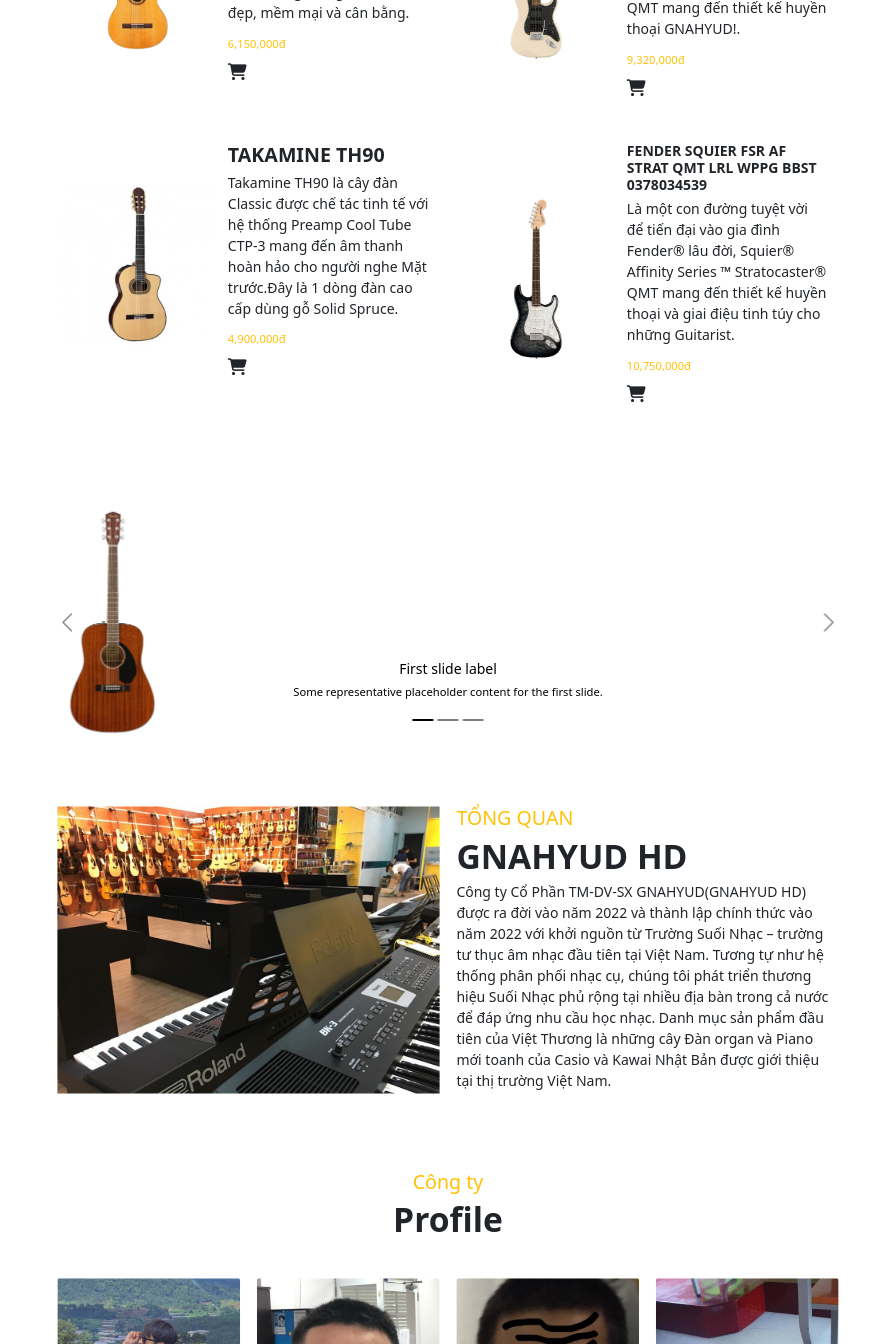
Repository: HoangDuy315/guitar
Page: index.html
These files come from the project's save history. The page is drawn as it stood at one moment and after the next save; the edit follows.
The browser window is 1280 px wide. The pictures show the part of the page from y = 1463 to 3383 px (the page is 4869 px tall), at 70% of full size.
Some web libraries are served in a nearby version.

Above is the page before, as saved 2022-09-16 15:33:43.

### index.html
<!doctype html>
<html lang="en">
  <head>
    <meta charset="utf-8">
    <meta name="viewport" content="width=device-width, initial-scale=1">
    <link href="https://cdn.jsdelivr.net/npm/bootstrap@5.1.3/dist/css/bootstrap.min.css" rel="stylesheet" integrity="sha384-1BmE4kWBq78iYhFldvKuhfTAU6auU8tT94WrHftjDbrCEXSU1oBoqyl2QvZ6jIW3" crossorigin="anonymous">

    <title>Guitar HD</title>
    <script src="https://kit.fontawesome.com/9676e8dc1b.js" crossorigin="anonymous"></script>
    <link rel="stylesheet" href="style.css">
  </head>
  <body>

    <!-- Nav -->
    <nav class="navbar navbar-expand-lg navbar-dark fixed-top py-3" id="navbar">
        <div class="container">
          <a class="navbar-brand fs-3 text-warning" href="#">GUITAR HD</a>
          <button class="navbar-toggler" type="button" data-bs-toggle="collapse" data-bs-target="#navbarSupportedContent" aria-controls="navbarSupportedContent" aria-expanded="false" aria-label="Toggle navigation">
            <span class="navbar-toggler-icon"></span>
          </button>
          <div class="collapse navbar-collapse" id="navbarSupportedContent">
            <ul class="navbar-nav me-auto mb-2 mb-lg-0 fs-5">
              <li class="nav-item">
                <a class="nav-link" href="#">Giới thiệu</a>
              </li>
              <li class="nav-item">
                <a class="nav-link" href="#">Tin tức</a>
              </li>
              <li class="nav-item dropdown">
                <a class="nav-link dropdown-toggle" href="#" id="navbarDropdown" role="button" data-bs-toggle="dropdown" aria-expanded="false">
                  Sản phẩm
                </a>
                <ul class="dropdown-menu" aria-labelledby="navbarDropdown">
                  <li><a class="dropdown-item" href="#">Guitar Clasic</a></li>
                  <li><a class="dropdown-item" href="#">Guitar Accoutic</a></li>
                  <li><a class="dropdown-item" href="#">Electronic Guitar</a></li>
                  <li><hr class="dropdown-divider"></li>
                  <li><a class="dropdown-item" href="#">Phụ kiện Guitar</a></li>
                </ul>
              </li>
              <li class="nav-item">
                <a class="nav-link" href="#">Liên hệ</a>
              </li>
            </ul>
            <a class="navbar-brand fw-bold  fs-3 text-warning" href="#"></a>
            <button class="btn  btn-outline-warning px-9 rounded-pill ms-auto">Login</button>
            <button class="btn  btn-outline-warning px-9 rounded-pill ms-3">Sign up</button>
          </div>
        </div>
      </nav>

    <!-- HomePage -->
    <section id="home" class="d-flex">
        <div class="container d-flex align-items-center">
            <div class="row justify-content-center">
                <div class="col-md-6">
                    <h1 class="display-1 fw-bolder text-white text-center">
                        BRINGING MUSIC TO<span class="text-warning"> EVERYONE</span>
                    </h1>
                </div>
            </div>
        </div>
    </section>

    <!-- Menu -->
    <section id="menu">
        <div class="container my-5 py-5">
            <div class="row mb-5">
                <div class="col-12 text-center">
                    <h3 class="text-warning">SẢN PHẨM</h3>
                    <h2 class="display-5 fw-bold">BEST SELLER</h2>
                </div>
            </div>
            <!-- 1 -->
            <div class="row">
                <div class="col-md-6">
                    <div class="card mb-3 border-0">
                        <div class="row g-0">
                          <div class="col-md-5 d-flex align-items-center">
                            <img src="./assets/ac1.png" class="img-fluid" alt="...">
                          </div>
                          <div class="col-md-7">
                            <div class="card-body">
                              <h5 class="card-title fs-3 fw-bold">FENDER FSR V3 CD60 MAH WN</h5>
                              <p class="card-text lead mb-2">CD-60 là một trong những mô hình phổ biến nhất của Fender và lý tưởng cho những người chơi đang tìm kiếm một cây đàn dáng dreadnought chất lượng cao giá cả phải.</p>
                              <p class="lead fw-bold fs-4 text-warning">
                                <p class="text-warning">4,900,000đ</p>
                                <i class="fa-solid fa-cart-shopping fs-4"></i>
                              </p>
                            </div>
                          </div>
                        </div>
                      </div>
                </div>
                <!-- 2 -->
                <div class="col-md-6">
                    <div class="card mb-3 border-0">
                        <div class="row g-0">
                          <div class="col-md-5 d-flex align-items-center">
                            <img src="./assets/ac4.png" class="img-fluid" alt="...">
                          </div>
                          <div class="col-md-7">
                            <div class="card-body">
                              <h5 class="card-title fs-3 fw-bold">TAKAMINE GD10CE</h5>
                              <p class="card-text lead mb-2">Dáng đàn dreadnought cho âm thanh dày, mạnh mẽ Mặt trước gỗ Spruce kết hợp mặt sau và hông mahogany Cần đàn mỏng gỗ mahogany và bán kính 12” Mặt phím gỗ và ngựa đàn Pin-less gỗ ovangkol.</p>
                              <p class="lead fw-bold fs-4 text-warning">
                                <p class="text-warning">6,690,000đ</p>
                                <i class="fa-solid fa-cart-shopping fs-4"></i>
                              </p>
                            </div>
                          </div>
                        </div>
                      </div>
                </div>
                <!-- 3 -->
                <div class="col-md-6">
                    <div class="card mb-3 border-0">
                        <div class="row g-0">
                          <div class="col-md-5 d-flex align-items-center">
                            <img src="./assets/cl6.png" class="img-fluid" alt="...">
                          </div>
                          <div class="col-md-7">
                            <div class="card-body">
                              <h5 class="card-title fs-3 fw-bold">CORDOBA C3M</h5>
                              <p class="card-text lead mb-2">Cordoba C3M là một trong những cây guitar dây nylon phổ biến của Cordoba. Được thiết kế với trọng lượng nhẹ và thoải mái để chơi.Thiết kế fan bracing mang lại âm sắc đẹp, mềm mại và cân bằng.</p>
                              <p class="lead fw-bold fs-4 text-warning">
                                <p class="text-warning">6,150,000đ</p>
                                <i class="fa-solid fa-cart-shopping fs-4"></i>
                              </p>
                            </div>
                          </div>
                        </div>
                      </div>
                </div>
                <!-- 4 -->
                <div class="col-md-6">
                    <div class="card mb-3 border-0">
                        <div class="row g-0">
                          <div class="col-md-5 d-flex align-items-center">
                            <img src="./assets/e2.png" class="img-fluid" alt="...">
                          </div>
                          <div class="col-md-7">
                            <div class="card-body">
                              <h5 class="card-title fs-4 fw-bold">FENDER SQUIER FSR AFF STRAT HSS LRL MBPG OWT</h5>
                              <p class="card-text lead mb-2">Là một con đường tuyệt vời để tiến đại vào gia đình Fender® lâu đời, Squier® Affinity Series ™ Stratocaster® QMT mang đến thiết kế huyền thoại GNAHYUD!.</p>
                              <p class="lead fw-bold fs-4 text-warning">
                                <p class="text-warning">9,320,000đ</p>
                                <i class="fa-solid fa-cart-shopping fs-4"></i>
                              </p>
                            </div>
                          </div>
                        </div>
                      </div>
                </div>
                <!-- 5 -->
                <div class="col-md-6">
                    <div class="card mb-3 border-0">
                        <div class="row g-0">
                          <div class="col-md-5 d-flex align-items-center">
                            <img src="./assets/cl7.png" class="img-fluid" alt="...">
                          </div>
                          <div class="col-md-7">
                            <div class="card-body">
                              <h5 class="card-title fs-3 fw-bold">TAKAMINE TH90</h5>
                              <p class="card-text lead mb-2">Takamine TH90 là cây đàn Classic được chế tác tinh tế với hệ thống Preamp Cool Tube CTP-3 mang đến âm thanh hoàn hảo cho người nghe Mặt trước.Đây là 1 dòng đàn cao cấp dùng gỗ Solid Spruce.</p>
                              <p class="lead fw-bold fs-4 text-warning">
                                <p class="text-warning">4,900,000đ</p>
                                <i class="fa-solid fa-cart-shopping fs-4"></i>
                              </p>
                            </div>
                          </div>
                        </div>
                      </div>
                </div>
                <!-- 6 -->
                <div class="col-md-6">
                    <div class="card mb-3 border-0">
                        <div class="row g-0">
                          <div class="col-md-5 d-flex align-items-center">
                            <img src="./assets/e1.png" class="img-fluid" alt="...">
                          </div>
                          <div class="col-md-7">
                            <div class="card-body">
                              <h5 class="card-title fs-5 fw-bold">FENDER SQUIER FSR AF STRAT QMT LRL WPPG BBST 0378034539</h5>
                              <p class="card-text lead mb-2">Là một con đường tuyệt vời để tiến đại vào gia đình Fender® lâu đời, Squier® Affinity Series ™ Stratocaster® QMT mang đến thiết kế huyền thoại và giai điệu tinh túy cho những Guitarist.</p>
                              <p class="lead fw-bold fs-4 text-warning">
                                <p class="text-warning">10,750,000đ</p>
                                <i class="fa-solid fa-cart-shopping fs-4"></i>
                              </p>
                            </div>
                          </div>
                        </div>
                      </div>
                </div>
            </div>
        </div>
    </section>

     <!-- Carousel -->
     <div id="carouselExampleDark" class="carousel carousel-dark slide" data-bs-ride="carousel">
      <div class="carousel-indicators">
        <button type="button" data-bs-target="#carouselExampleDark" data-bs-slide-to="0" class="active" aria-current="true" aria-label="Slide 1"></button>
        <button type="button" data-bs-target="#carouselExampleDark" data-bs-slide-to="1" aria-label="Slide 2"></button>
        <button type="button" data-bs-target="#carouselExampleDark" data-bs-slide-to="2" aria-label="Slide 3"></button>
      </div>
      <div class="carousel-inner">
        <div class="carousel-item active" data-bs-interval="10000">
          <img src="./assets/ac1.png" class="d-block w-25 h-25" alt="...">
          <div class="carousel-caption d-none d-md-block">
            <h5>First slide label</h5>
            <p>Some representative placeholder content for the first slide.</p>
          </div>
        </div>
        <div class="carousel-item" data-bs-interval="2000">
          <img src="./assets/cl5.png" class="d-block w-25 h-25" alt="...">
          <div class="carousel-caption d-none d-md-block">
            <h5>Second slide label</h5>
            <p>Some representative placeholder content for the second slide.</p>
          </div>
        </div>
        <div class="carousel-item">
          <img src="./assets/e3.png" class="d-block w-25 h-25" alt="...">
          <div class="carousel-caption d-none d-md-block">
            <h5>FENDER SQUIER FSR AFF STRAT QMT LRL WPPG SBT</h5>
            <p>Some representative placeholder content for the third slide.</p>
          </div>
        </div>
      </div>
      <button class="carousel-control-prev" type="button" data-bs-target="#carouselExampleDark" data-bs-slide="prev">
        <span class="carousel-control-prev-icon" aria-hidden="true"></span>
        <span class="visually-hidden">Previous</span>
      </button>
      <button class="carousel-control-next" type="button" data-bs-target="#carouselExampleDark" data-bs-slide="next">
        <span class="carousel-control-next-icon" aria-hidden="true"></span>
        <span class="visually-hidden">Next</span>
      </button>
    </div>

    <!-- About -->
    <section id="about">
        <div class="container my-5 py-5">
            <div class="row">
                <div class="col-md-6">
                    <img src="./assets/about3.png" alt="Hang Heo" class="w-100 h-80">
                </div>
                <div class="col-md-6">
                    <h3 class="text-warning">TỔNG QUAN</h3>
                    <h2 class="display-5 fw-bold">GNAHYUD HD</h2>
                    <p class="lead">Công ty Cổ Phần TM-DV-SX GNAHYUD(GNAHYUD HD) được ra đời vào năm 2022 và thành lập chính thức vào năm 2022 với khởi nguồn từ Trường Suối Nhạc – trường tư thục âm nhạc đầu tiên tại Việt Nam.
                         Tương tự như hệ thống phân phối nhạc cụ, chúng tôi phát triển thương hiệu Suối Nhạc phủ rộng tại nhiều địa bàn trong cả nước để đáp ứng nhu cầu học nhạc. Danh mục sản phẩm đầu tiên của Việt Thương là những cây Đàn organ và Piano mới toanh của Casio và Kawai Nhật Bản được giới thiệu tại thị trường Việt Nam. </p>
                </div>
            </div>
        </div>
    </section>

    <!-- Designer -->
    <section id="designer">
        <div class="container">
            <div class="row mb-5    ">
                <div class="col-12 text-center">
                    <h3 class="text-warning">Công ty</h3>
                    <h2 class="display-5 fw-bold">Profile</h2>
                </div>
            </div>
            <div class="row">
                <!-- 1 -->
                <div class="col-md-3">
                    <div class="card border-0">
                        <img src="./assets/ceo.png" class="card-img-top" alt="...">
                        <div class="card-body text-center">
                          <h4 class="card-title text-warning">CEO</h5>
                          <h6 class="card-title lead">GnahYud</h5>
                          <p class="card-text">When life changes to be harder, change yourself to be stronger</p>
                        </div>
                      </div>
                </div>

                <!-- 2 -->
                <div class="col-md-3">
                    <div class="card border-0">
                        <img src="./assets/trưởng phòng.png" class="card-img-top" alt="...">
                        <div class="card-body text-center">
                          <h4 class="card-title text-warning">Trưởng phòng</h5>
                          <h6 class="card-title lead">Glong</h5>
                          <p class="card-text">In three words I can sum up I’ve learned in life: it goes on.</p>
                        </div>
                      </div>
                </div>

                <!-- 3 -->
                <div class="col-md-3">
                    <div class="card border-0">
                        <img src="./assets/bảo vệ.png" class="card-img-top h-100" alt="...">
                        <div class="card-body text-center">
                          <h4 class="card-title text-warning">Bảo vệ</h4></h5>
                          <h6 class="card-title lead">Ốc Piêu</h5>
                          <p class="card-text">We could never learn to be brave and patient, if there were only joy in the world.</p>
                        </div>
                      </div>
                </div>

                <!-- 4 -->
                <div class="col-md-3">
                    <div class="card border-0">
                        <img src="./assets/lao công.png" class="card-img-top" alt="...">
                        <div class="card-body text-center">
                          <h4 class="card-title text-warning">Lao công</h5>
                          <h6 class="card-title lead">Như Hiền</h5>
                          <p class="card-text">Sadness flies away on the wings of time.</p>
                        </div>
                      </div>
                </div>
            </div>
        </div>
    </section>

    <!-- Contact -->
    <section id="contact">
        <div class="container my-5 py-5">
            <div class="row mb-5">
                <div class="col-12 text-center">
                    <h3 class="text-warning fs-1">Liên hệ</h3>
                    <h2 class="display-7 fw-bold">Chúng tôi sẽ giúp bạn tìm đúng giải pháp cho đam mê của bạn.</h2>
                </div>
            </div>
            <div class="row justify-content-center">
                <div class="col-md-6">
                    <form action="">
                        <div class="mb-3">
                            <input type="text" class="form-control py-2" id="name" placeholder="Họ Và Tên">
                        </div>
                        <div class="mb-3">
                            <input type="text" class="form-control py-2" id="name" placeholder="Title">
                        </div>
                        <div class="mb-3">
                            <input type="email" class="form-control py-2" id="exampleFormControlInput1" placeholder="Email">
                        </div>
                        <div class="mb-3">
                            <textarea class="form-control" id="exampleFormControlTextarea1" placeholder="Nội dung" rows="3"></textarea>
                        </div>
                        <button class="button-32" role="button">Send</button>
                    </form>
                </div>
            </div>
        </div>
    </section>

    <!-- Footer -->
    <footer class="text-center text-lg-start bg-dark text-muted">
      <!-- Section: Social media -->
      <section class="d-flex justify-content-center justify-content-lg-between p-4 border-bottom">
        <!-- Left -->
        <div class="me-5 d-none d-lg-block">
          <span class="text-white fs-5">Social</span>
        </div>
        <!-- Left -->

        <!-- Right -->
        <div>
          <a href="" class="me-4 link-secondary">
            <i class="fab fa-facebook-f"></i>
          </a>
          <a href="" class="me-4 link-secondary">
            <i class="fab fa-twitter"></i>
          </a>
          <a href="" class="me-4 link-secondary">
            <i class="fab fa-google"></i>
          </a>
          <a href="" class="me-4 link-secondary">
            <i class="fab fa-instagram"></i>
          </a>
          <a href="" class="me-4 link-secondary">
            <i class="fab fa-linkedin"></i>
          </a>
          <a href="" class="me-4 link-secondary">
            <i class="fab fa-github"></i>
          </a>
        </div>
        <!-- Right -->
      </section>
      <!-- Section: Social media -->

      <!-- Section: Links  -->
      <section class="">
        <div class="container text-center text-md-start mt-5">
          <!-- Grid row -->
          <div class="row mt-3">
            <!-- Grid column -->
            <div class="col-md-3 col-lg-4 col-xl-3 mx-auto mb-4">
              <!-- Content -->
              <h6 class="text-uppercase fw-bold mb-4">
                <i class="fas fa-gem me-3 text-secondary"></i>GNAHYUD HD
              </h6>
              <p>
                <a href="#!" class="text-white">Giới thiệu công ty</a>
              </p>
              <p>
                <a href="#!" class="text-white">Hệ thống Showroom, đại lý</a>
              </p>
              <p>
                <a href="#!" class="text-white">Liên hệ/góp ý</a>
              </p>
              <p>
                <a href="#!" class="text-white">Mua trả góp</a>
              </p>
            </div>
            <!-- Grid column -->

            <!-- Grid column -->
            <div class="col-md-2 col-lg-2 col-xl-2 mx-auto mb-4">
              <!-- Links -->
              <h6 class="text-uppercase fw-bold mb-4">
                Hướng dẫn chung
              </h6>
              <p>
                <a href="#!" class="text-white">Giao hàng-đổi trả</a>
              </p>
              <p>
                <a href="#!" class="text-white">Hướng dẫn mua hàng</a>
              </p>
              <p>
                <a href="#!" class="text-white">Thanh toán và bảo mật</a>
              </p>
              <p>
                <a href="#!" class="text-white">Bảo hành Guitar</a>
              </p>
            </div>
            <!-- Grid column -->

            <!-- Grid column -->
            <div class="col-md-3 col-lg-2 col-xl-2 mx-auto mb-4">
              <!-- Links -->
              <h6 class="text-uppercase fw-bold mb-4">
                Hỗ trợ khách hàng
              </h6>
              <p>
                <a href="#!" class="text-white">Gọi mua hàng </a>
              </p>
              <p>
                <a href="#!" class="text-white">Thời gian phục vụ: 8h-22h</a>
              </p>
              <p>
                <a href="#!" class="text-white">Hotline: 1234 6789 </a>
              </p>
            </div>
            <!-- Grid column -->

            <!-- Grid column -->
            <div class="col-md-4 col-lg-3 col-xl-3 mx-auto mb-md-0 mb-4">
              <!-- Links -->
              <h6 class="text-uppercase fw-bold mb-4">Địa chỉ</h6>
              <p><i class="fas fa-home me-3 text-secondary"></i>607 XVNT, P.26, Q.BT, TP.HCM</p>
              <p>
                <i class="fas fa-envelope me-3 text-secondary"></i>
                info@example.com
              </p>
              <p><i class="fas fa-phone me-3 text-secondary"></i> + 01 234 567 88</p>
              <p><i class="fas fa-print me-3 text-secondary"></i> + 01 234 567 89</p>
            </div>
            <!-- Grid column -->
          </div>
          <!-- Grid row -->
        </div>
      </section>
      <!-- Section: Links  -->

      <!-- Copyright -->
      <div class="text-center p-4" style="background-color: rgba(0, 0, 0, 0.025);">
        © 2021 Copyright:
        <a class="text-reset fw-bold" href="https://mdbootstrap.com/">MDBootstrap.com</a>
      </div>
      <!-- Copyright -->
    </footer>

    <script src="https://cdn.jsdelivr.net/npm/bootstrap@5.1.3/dist/js/bootstrap.bundle.min.js" integrity="sha384-ka7Sk0Gln4gmtz2MlQnikT1wXgYsOg+OMhuP+IlRH9sENBO0LRn5q+8nbTov4+1p" crossorigin="anonymous"></script>
    <script>
        window.onscroll = function(){
            scrollFunction();
        }

        function scrollFunction() {
            if(document.body.scrollTop > 100 || document.documentElement.scrollTop > 100) {
                document.getElementById("navbar").classList.add("bg-dark", "shadow");
            }
            else{
                document.getElementById("navbar").classList.remove("bg-dark", "shadow");
            }
        }
    </script>
</body>
</html>

Loaded but not shown: style.css (53 lines, source omitted)

After the next save:
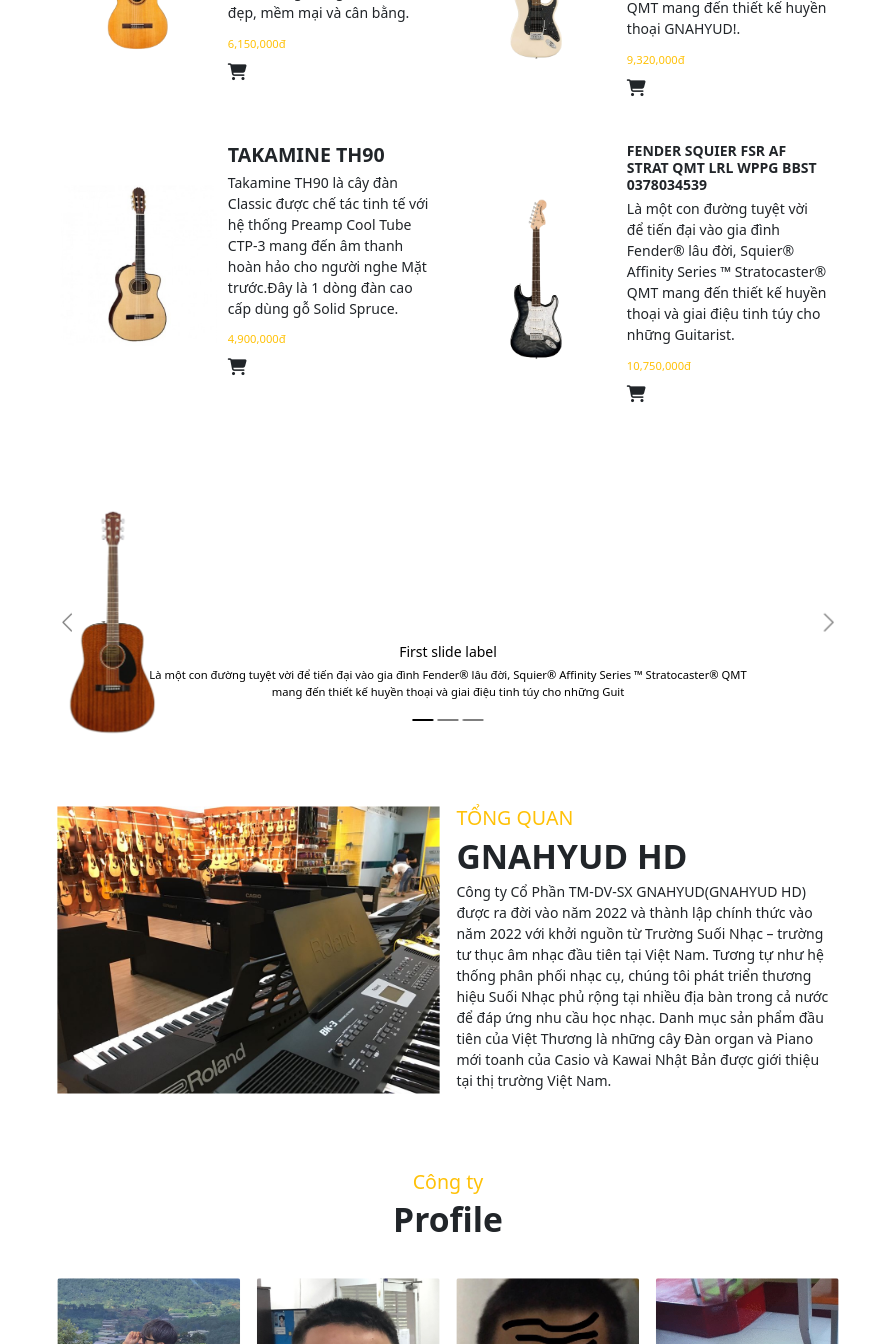
Saved 30 s later.
--- a/index.html
+++ b/index.html
@@ -208,7 +208,7 @@
           <img src="./assets/ac1.png" class="d-block w-25 h-25" alt="...">
           <div class="carousel-caption d-none d-md-block">
             <h5>First slide label</h5>
-            <p>Some representative placeholder content for the first slide.</p>
+            <p>Là một con đường tuyệt vời để tiến đại vào gia đình Fender® lâu đời, Squier® Affinity Series ™ Stratocaster® QMT mang đến thiết kế huyền thoại và giai điệu tinh túy cho những Guit</p>
           </div>
         </div>
         <div class="carousel-item" data-bs-interval="2000">
